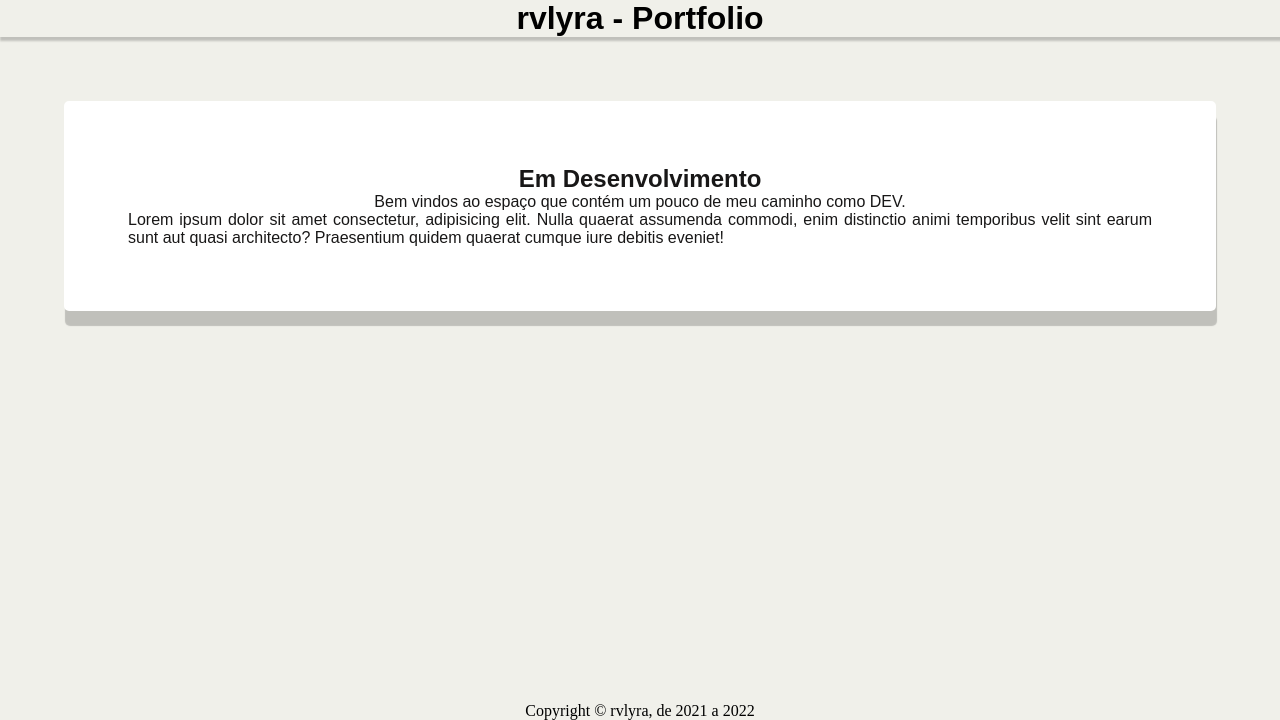
Repository: rvlyra/splash-screen-rvlyra
Page: Portfolio-RVLYRA/public/index.html
These files come from the project's save history. The page is drawn as it stood at one moment and after the next save; the edit follows.
The browser window is 1280 px wide. The pictures show the whole page.
Some web fonts or font styles are not loaded; a fallback is used.

Above is the page before, as saved 2022-07-06 09:40:47.

After the next save:
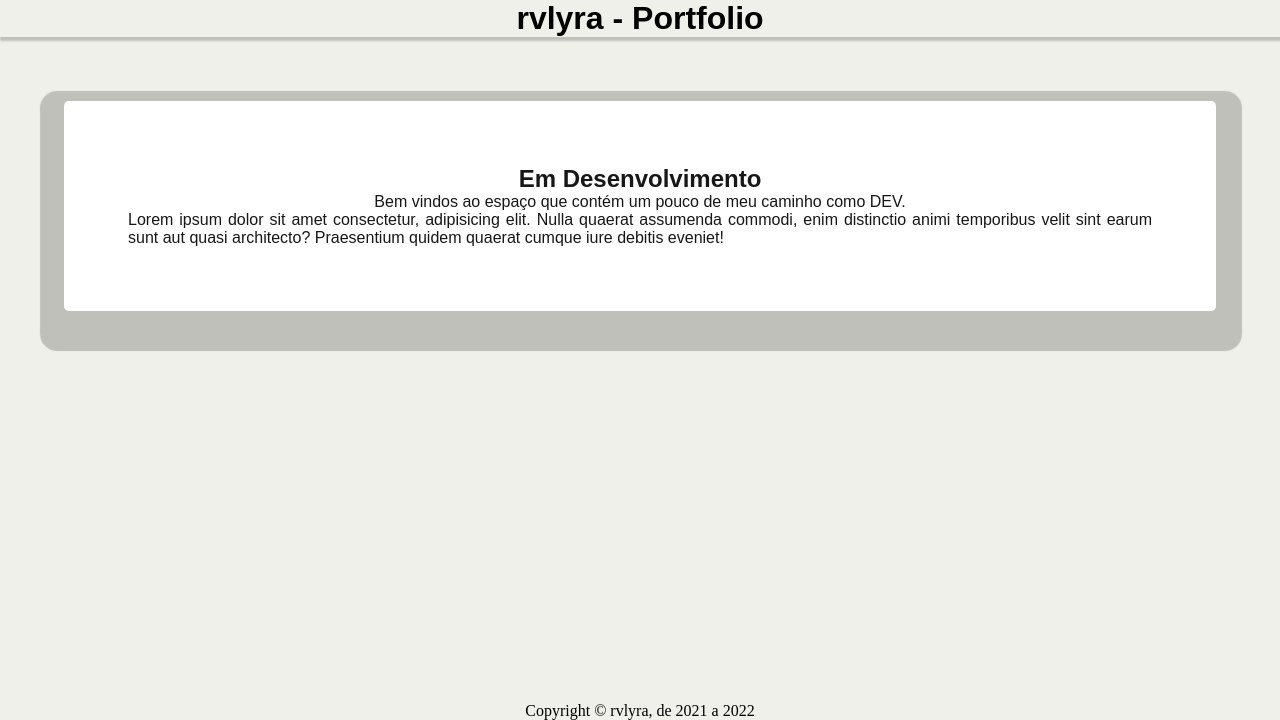
Saved 5 s later.
--- a/Portfolio-RVLYRA/assets/src/css/rl.main.css
+++ b/Portfolio-RVLYRA/assets/src/css/rl.main.css
@@ -31,7 +31,7 @@ main {
     margin: 5%;
     padding: 5%;
     border-radius: 5px;
-    box-shadow: 1px 15px 1px  rgba(0, 0, 0, 0.2);
+    box-shadow: 1px 15px 1px 25px rgba(0, 0, 0, 0.2);
 
     background-color:rgb(255, 255, 255);
 
